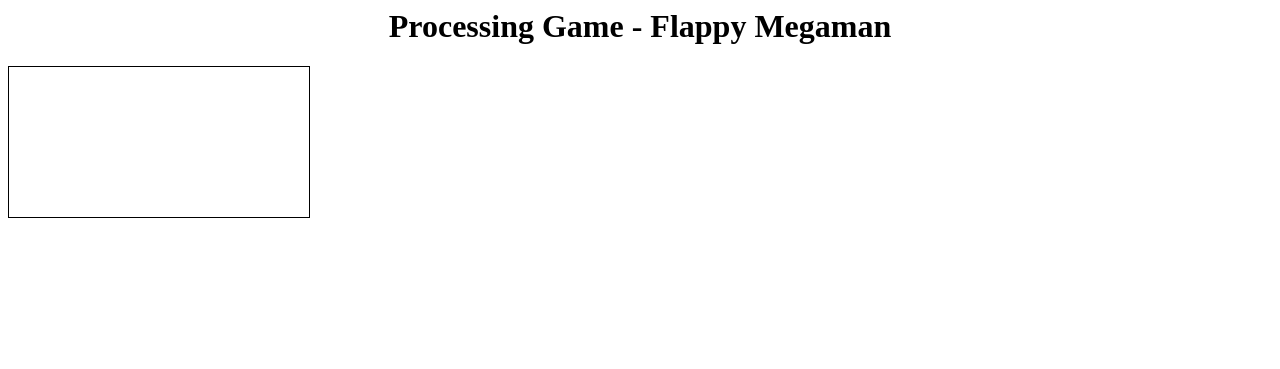
Repository: bluesyrupshed/bluesyrupshed.github.io
Page: flappymm.html
The author's editor kept a record of every edit. The page is drawn from the files as they stood at one moment, then again after the next edit.
The browser window is 1280 px wide. The pictures show the whole page.

Above is the page before.
Console error: TypeError: Cannot read properties of null (reading 'bind')

### flappymm.html
<!DOCTYPE html w/ Processing>

<html>

<head>
    <meta http-equiv="Content-Type" content="text/html; charset=UTF-8" />
    <title>Flappy Clone</title>
    <link rel="shortcut icon" type="image/x-icon" href="computer favicon.png">
    <script type="text/javascript" src="./js/processing.js"></script>
</head>

<body>
    <center>
        <h1>Processing Game - Flappy Megaman</h1>
    </center>
    <center>
        <p></p>
    </center>

    <script type="text/processing">

      PImage bg, megaman, topPipe, bottomPipe;
int bgx, bgy, mx, my, g, Vmy;
int[] pipeX, pipeY;
int gameState, score, highScore;

void setup()
{
  size(800, 620);
  bg = loadImage("./img/megamanbg.jpg");
  megaman = loadImage("./img/megaman.png");
  bottomPipe = loadImage("./img/bottompipe.png");
  topPipe = loadImage("./img/toppipe.png");
  mx = 100;
  my = 50;
  g = 1;
  pipeX = new int[5];
  pipeY = new int[pipeX.length];

  for (int i = 0; i < pipeX.length; i++)
  {
    pipeX[i] = width + 200*i;
    pipeY[i] = (int)random(-350, 0);
  }
  gameState = -1;
}

void draw()
{
  if (gameState == -1)
  {
    startScreen();
  } else if (gameState==0)
  {
    setBg();
    setPipes();
    megaman(); //PUTS KIRBY ON TOP -- Draws him last
    displayScore();
  } else
  {
    endScreen();
    restart();
  }
}

void endScreen()
{
  fill(150, 150, 250, 100);
  if (mouseX > 90 && mouseX < 595 && mouseY > 150 && mouseY < 290)
  {
    fill(150, 250, 150, 100);
  }
  rect(90, 150, 505, 140, 5);
  fill(0);
  textSize(40);
  text("Megaman died     : (", 200, 200);
  text("Click HERE to play again.", 100, 270);
}

void restart()
{
  // CHECK TO MAKE SURE THE MOUSE IS IN THE 'BOX'
  if (mouseX > 90 && mouseX < 595 && mouseY > 150 && mouseY < 290)
  {

    if (mousePressed)
    {
      my = height/2;
      for (int i = 0; i < pipeX.length; i++)
      {
        pipeX[i] = width + 200*i;
        pipeY[i] = (int)random(-350, 0);
      }
      score = 0;
      gameState = 0;
    }
  }
}
void displayScore()
{
  if (score>highScore)
  {
    highScore = score;
  }
  //Background for ScoreBoard
  fill(160, 160, 160, 200); //Last# is opacity (Clearness)
  rect(width-175, 10, 155, 80, 5);
  fill(0);
  textSize(32);
  text("Score: " + score, width - 170, 40);
  text("High:  " + highScore, width - 170, 80);
}

void startScreen()
{
  image(bg, 0, 0);
  textSize(45);
  text("Welcome to Flappy Bird!", 40, 100);
  text("Click the mouse to begin...", 40, 200);
  if (mousePressed)
  {
    my = height/2;
    gameState = 0;
  }
}

void setPipes()
{
  // moves the Pipes
  for (int i = 0; i < pipeX.length; i++)
  {
    image(topPipe, pipeX[i], pipeY[i]);
    image(bottomPipe, pipeX[i], pipeY[i] + 680);
    pipeX[i]-= 2;
    if (score > 10)
    {
      pipeX[i]--;  // speed up at 10 points
    }
    if (score > 20)
    {
      pipeX[i]--;  // second speed up at 20 points
    }
    if (pipeX[i] < -200)
    {
      pipeX[i] = width;
    }

    // check for collision
    if (mx > (pipeX[i]-58) && mx < pipeX[i] + 96)
    {

      if (!(my > pipeY[i] + 250 && my < pipeY[i] + (449 + 231)))
      {
        fill(255, 0, 0, 200);
        textSize(24);
        rect(20, height - 223, 455, 32);
        fill(0);
        text("Megaman hit a pipe", 20, height - 200);
        gameState = 1;
      } else if (mx==pipeX[i] || mx == pipeX[i] + 1)
      {
        score++;
      }
    }
  }
}


void megaman()
{
  image(megaman, mx, my);
  my = my + Vmy;
  Vmy = Vmy + g;
  if (my > height || my < 0)
  {
    fill(255, 0, 0, 140);
    textSize(24);
    text("Megaman fell off the screen", 20, 44);
    gameState=1;
  }
}

void mousePressed()
{
  Vmy = -15;
}

void setBg()
{
  image(bg, bgx, bgy);
  image(bg, bgx + bg.width, bgy);
  bgx--;
  if (bgx < -bg.width)
  {
    bgx = 0;
  }
}



    </script>
    <canvas id="sketch" style="border: 1px solid black;"></canvas>

</body>

</html>

Loaded but not shown: js/processing.js (library)

After the next edit:
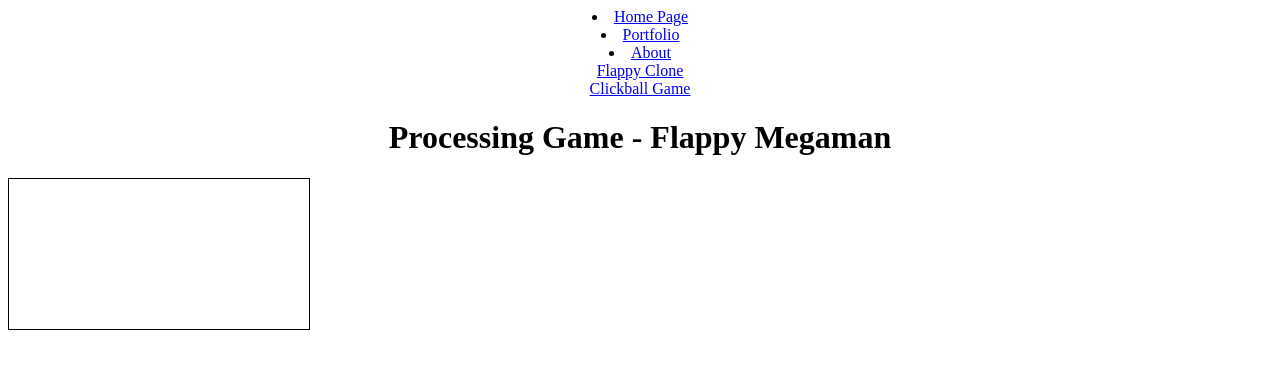
The edit:
--- a/flappymm.html
+++ b/flappymm.html
@@ -10,6 +10,11 @@
 </head>
 
 <body>
+  <center><li><a href="index.html">Home Page</a></li></center>
+       <center><li><a href="portfolio.html">Portfolio</a></li></center>
+       <center><li><a href="about.html">About</a></li></center>
+       <center><a href="flappymm.html">Flappy Clone</a></center>
+        <center><a href="clickball.html">Clickball Game</a></center>
     <center>
         <h1>Processing Game - Flappy Megaman</h1>
     </center>
